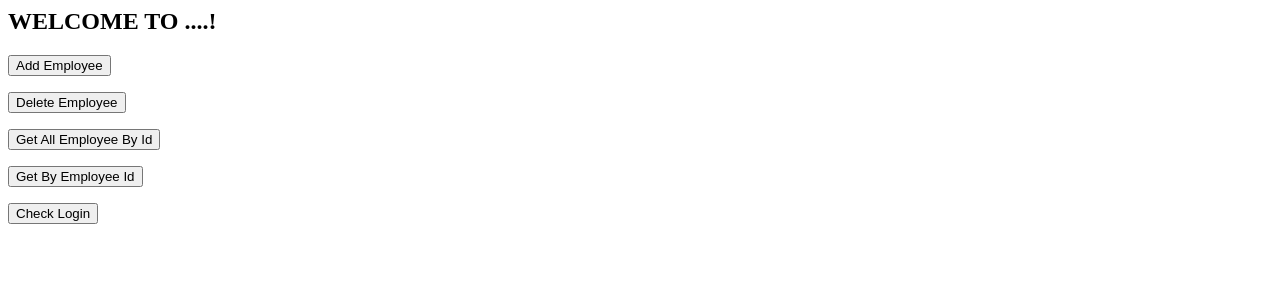
Repository: anoop600/discussionAll
Page: http://localhost/DiscussionMCV/
These files come from the project's save history. The page is drawn as it stood at one moment and after the next save; the edit follows.
The browser window is 1280 px wide. The pictures show the whole page.
The page is served by Tomcat 9.

Above is the page before, as saved 2019-01-03 05:08:40.

After the next save:
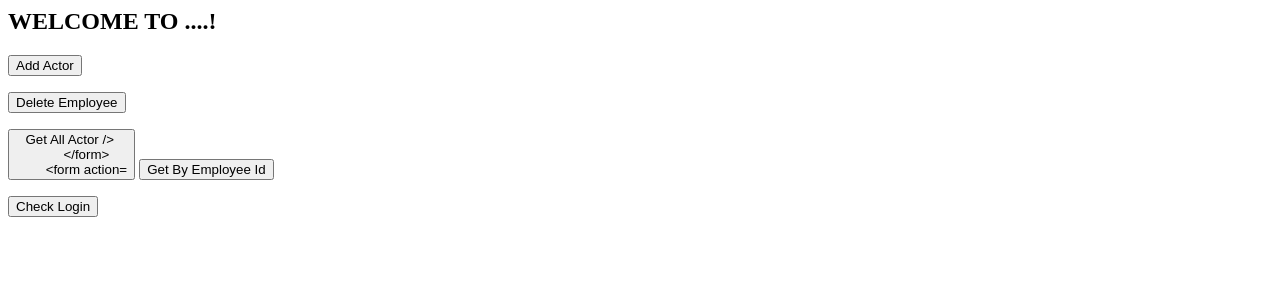
Saved 3 min 2 s later.
--- a/DiscussionMCV/src/main/webapp/index.jsp
+++ b/DiscussionMCV/src/main/webapp/index.jsp
@@ -2,13 +2,13 @@
 <body>
 	<h2>WELCOME TO ....!</h2>
 	<form action="addActor1.html" >
-		<input type="submit" value="Add Employee" />
+		<input type="submit" value="Add Actor" />
 	</form>
 	<form action="deleteEmp1.html" >
 		<input type="submit" value="Delete Employee" />
 	</form>
 	<form action="getAllActorDetails1.html" >
-		<input type="submit" value="Get All Employee By Id" />
+		<input type="submit" value="Get All Actor />
 	</form>
 	<form action="getByEmpId1.html" >
 		<input type="submit" value="Get By Employee Id" />
